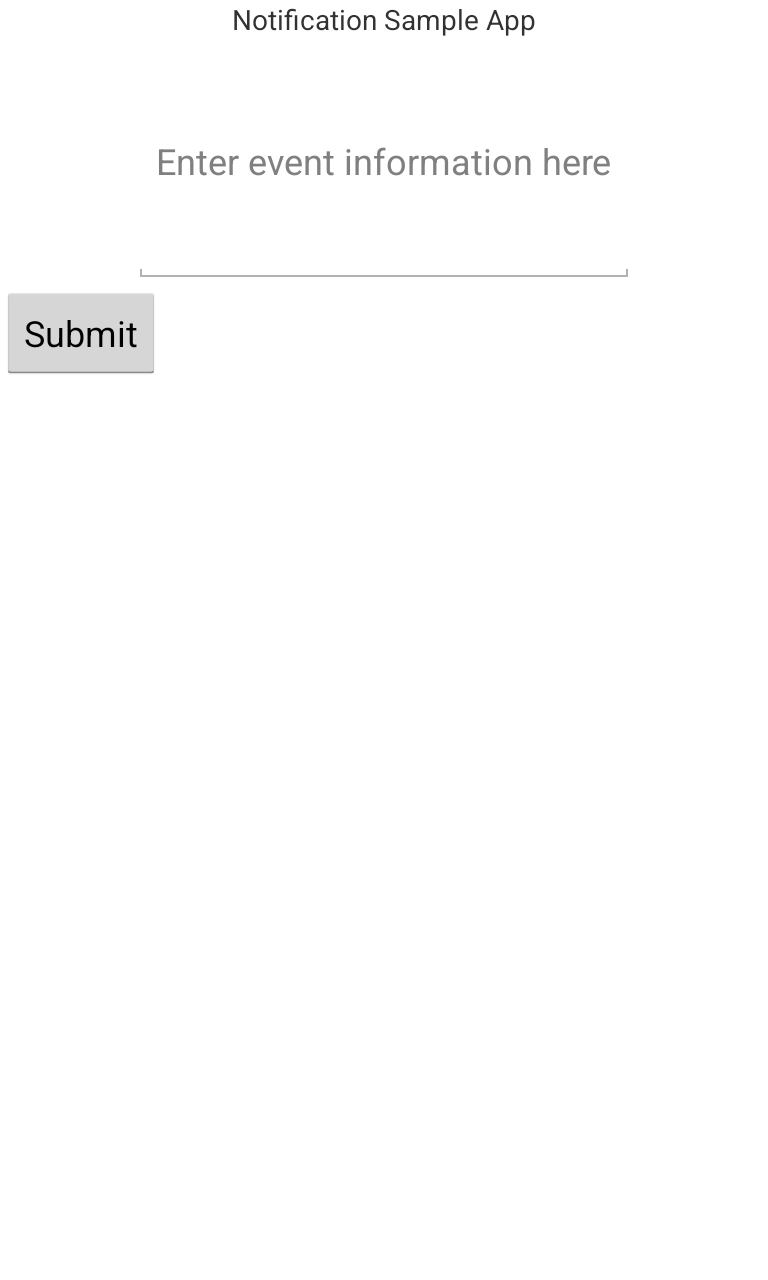
Repository: valleskeyp/Hive6Sample
Layout: NotificationSample/res/layout/activity_main.xml
The author's editor kept a copy of each file at every save. The layout is drawn from the files as they stood at one save, then again after the next save.
It is drawn on a 768 x 1280 px phone screen (xhdpi) without system bars, with theme AppTheme; the app's code is not run.

Above is the layout before, as saved 2014-01-14 18:39:35.

After the next save:
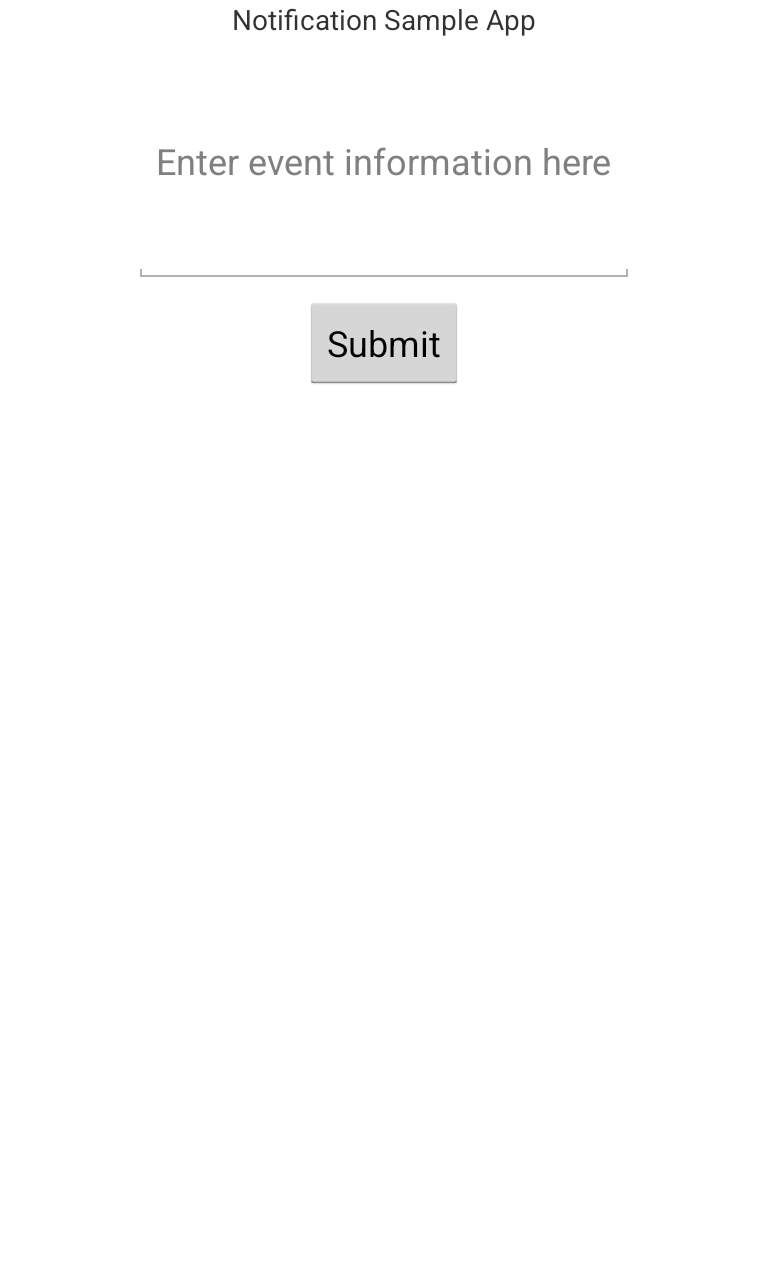
Saved 40 s later.
--- a/NotificationSample/res/layout/activity_main.xml
+++ b/NotificationSample/res/layout/activity_main.xml
@@ -18,6 +18,8 @@
         android:layout_gravity="center_horizontal"
         android:hint="Enter event information here" />
     <Button
+        android:layout_marginTop="10px"
+        android:layout_gravity="center_horizontal"
         android:id="@+id/submit"
         android:layout_width="wrap_content"
         android:layout_height="wrap_content"
